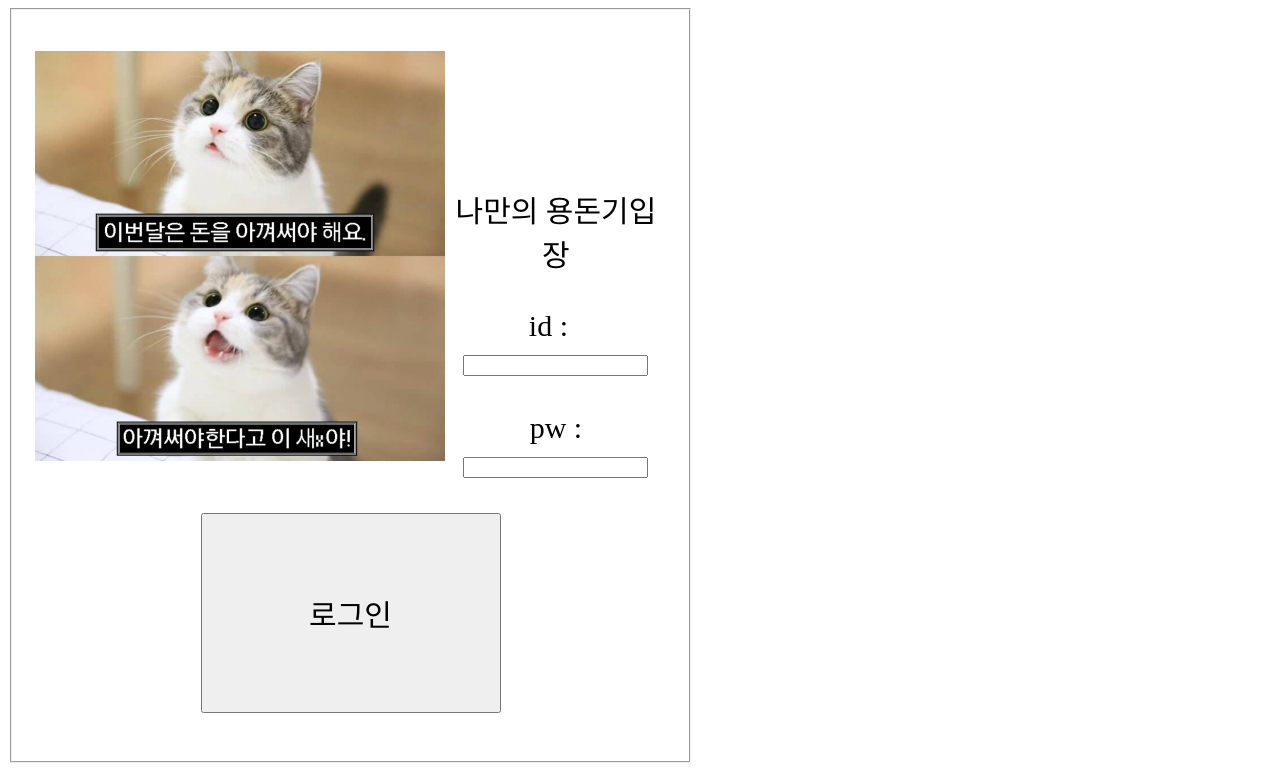
Repository: hus0124/M-IT
Page: JSP_Workspaces/pocketMoneyDiary/WebContent/index.html
An editor plug-in stored every save of this project. The page is shown before and after the next save, followed by the edit.
The browser window is 1280 px wide. The pictures show the whole page.

Above is the page before, as saved 2020-01-02 04:31:20.

After the next save:
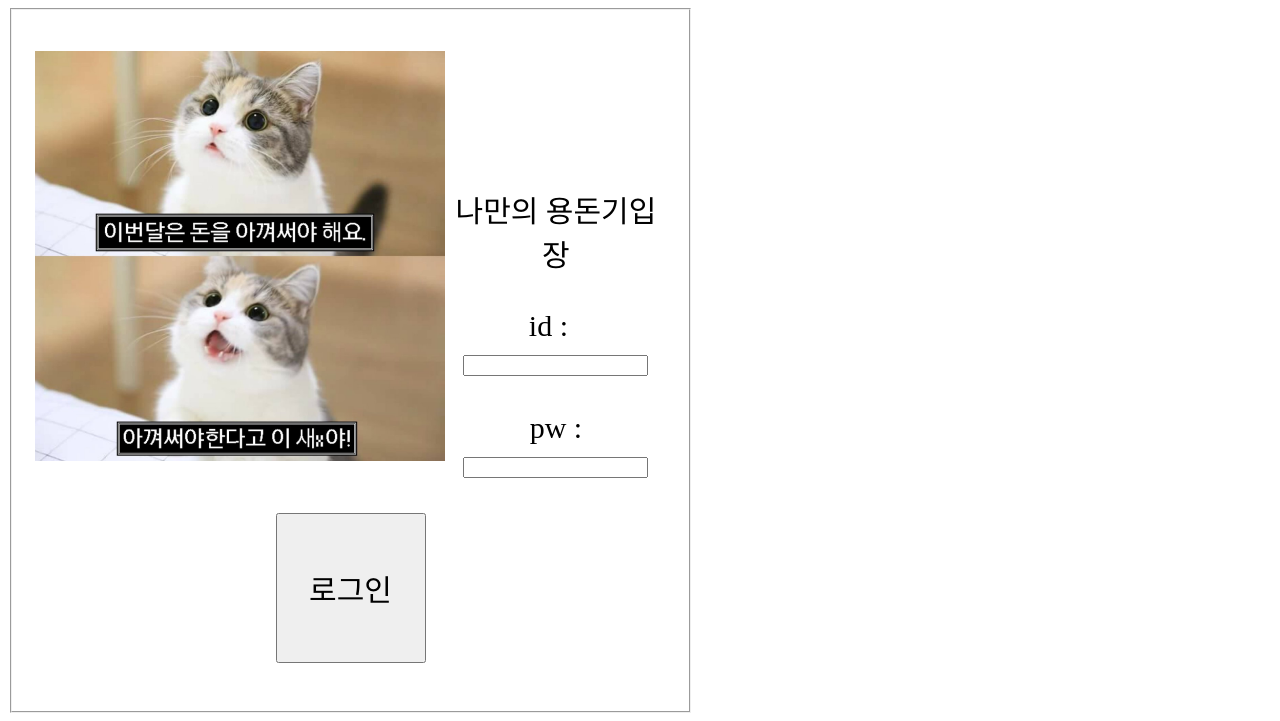
Saved 22 s later.
--- a/JSP_Workspaces/pocketMoneyDiary/WebContent/index.html
+++ b/JSP_Workspaces/pocketMoneyDiary/WebContent/index.html
@@ -15,7 +15,7 @@ body {font-size:30px}
 		<br><br><br><br>나만의 용돈기입장<br><br>
 		id :&nbsp;&nbsp;<input type="text" name = "id"><br><br>
 		pw : <input type="text" name = "pw"><br><br>
-		<input type="submit" value = "로그인" style="width:300px;height:200px;font-size:30px;">
+		<input type="submit" value = "로그인" style="width:150px;height:150px;font-size:30px;">
 		</p>
 	</form>
 	</fieldset>
